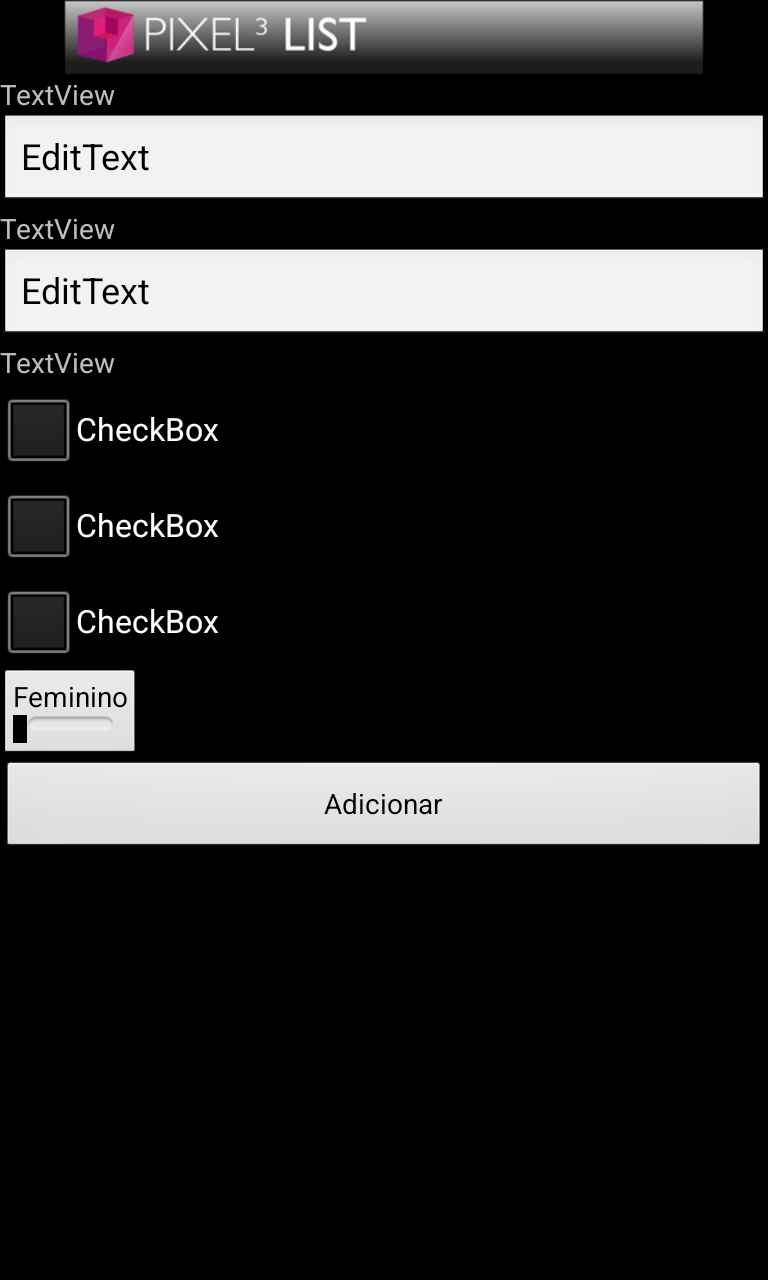
Repository: pixel3mobi/listaDigital
Layout: Pixel3List/res/layout/formaluno.xml
The author's editor kept a copy of each file at every save. The layout is drawn from the files as they stood at one save, then again after the next save.
It is drawn on a 768 x 1280 px phone screen (xhdpi) without system bars, with theme android:Theme; the app's code is not run.

Above is the layout before, as saved 2011-03-22 13:31:05.

### Pixel3List/res/layout/formaluno.xml
<?xml version="1.0" encoding="utf-8"?>
<RelativeLayout xmlns:android="http://schemas.android.com/apk/res/android"
	android:layout_width="fill_parent" android:layout_height="fill_parent">
	<ImageView
		android:src="@drawable/cabecalho"
		android:id="@+id/cabecalho"
		android:layout_width="fill_parent"
		android:layout_height="wrap_content"
		android:layout_alignParentLeft="true">
	</ImageView>
	<ScrollView
		android:layout_below="@+id/cabecalho"
		android:layout_width="fill_parent"
		android:layout_height="fill_parent"
		android:layout_alignLeft="@+id/imageView1">
		<LinearLayout
			android:orientation="vertical"
			android:id="@+id/linearLayout1"
			android:layout_width="fill_parent"
			android:layout_height="fill_parent">
			<TextView
				android:text="TextView"
				android:id="@+id/textView1"
				android:layout_width="fill_parent"
				android:layout_height="wrap_content">
			</TextView>
			<EditText
				android:layout_height="wrap_content"
				android:text="EditText"
				android:id="@+id/editText1"
				android:layout_width="fill_parent">
			</EditText>
			<TextView
				android:text="TextView"
				android:id="@+id/textView2"
				android:layout_width="fill_parent"
				android:layout_height="wrap_content">
			</TextView>
			<EditText
				android:layout_height="wrap_content"
				android:text="EditText"
				android:id="@+id/editText2"
				android:layout_width="fill_parent">
			</EditText>
			<TextView
				android:text="TextView"
				android:id="@+id/textView3"
				android:layout_width="fill_parent"
				android:layout_height="wrap_content">
			</TextView>
			<CheckBox
				android:text="CheckBox"
				android:id="@+id/checkBox1"
				android:layout_width="fill_parent"
				android:layout_height="wrap_content">
			</CheckBox>
			<CheckBox
				android:text="CheckBox"
				android:id="@+id/checkBox2"
				android:layout_width="fill_parent"
				android:layout_height="wrap_content">
			</CheckBox>
			<CheckBox
				android:text="CheckBox"
				android:id="@+id/checkBox3"
				android:layout_width="fill_parent"
				android:layout_height="wrap_content">
			</CheckBox>
			<ToggleButton
				android:textOn="Masculino"
				android:textOff="Feminino"
				android:id="@+id/toggleButton1"
				android:layout_width="wrap_content"
				android:layout_height="wrap_content">
			</ToggleButton>
			<Button
				android:text="Adicionar"
				android:id="@+id/btnAdicionar"
				android:layout_width="fill_parent"
				android:layout_height="wrap_content">
			</Button>
		</LinearLayout>
	</ScrollView>
</RelativeLayout>

After the next save:
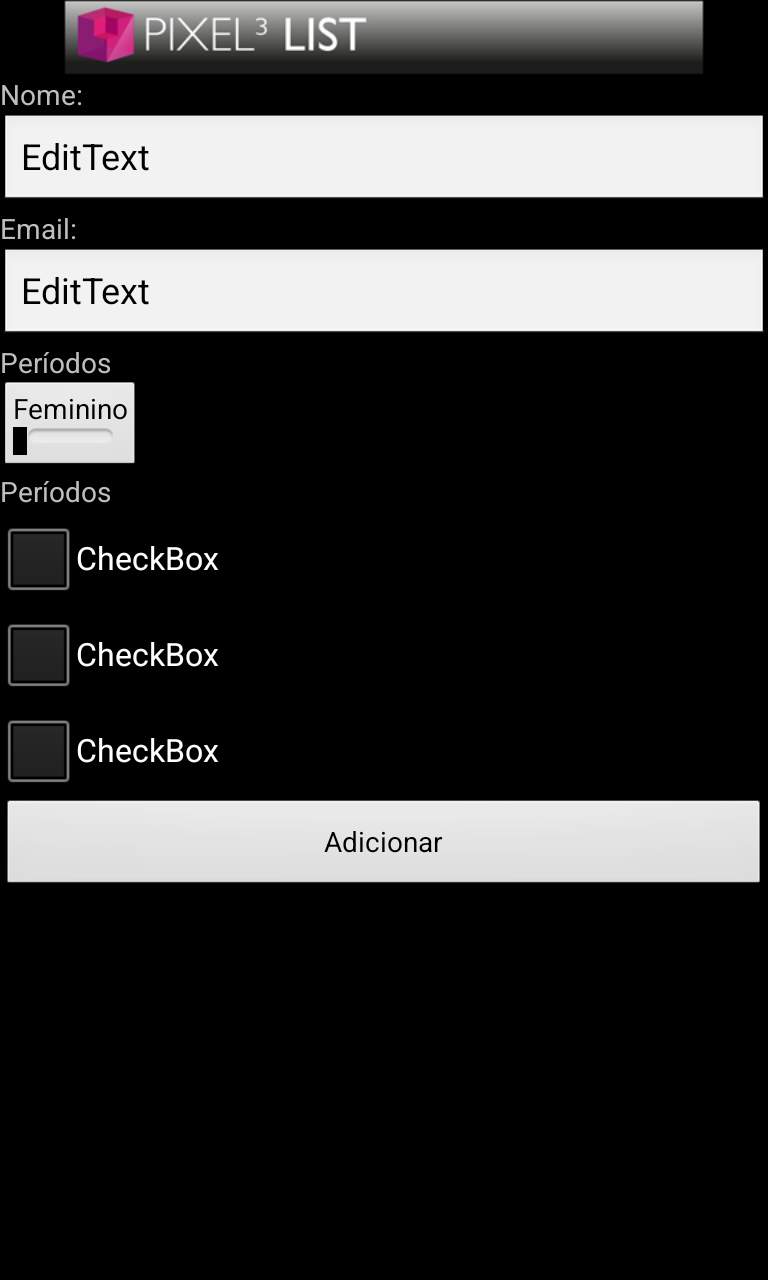
Saved 2 h 14 min later.
--- a/Pixel3List/res/layout/formaluno.xml
+++ b/Pixel3List/res/layout/formaluno.xml
@@ -19,7 +19,7 @@
 			android:layout_width="fill_parent"
 			android:layout_height="fill_parent">
 			<TextView
-				android:text="TextView"
+				android:text="Nome:"
 				android:id="@+id/textView1"
 				android:layout_width="fill_parent"
 				android:layout_height="wrap_content">
@@ -31,7 +31,7 @@
 				android:layout_width="fill_parent">
 			</EditText>
 			<TextView
-				android:text="TextView"
+				android:text="Email:"
 				android:id="@+id/textView2"
 				android:layout_width="fill_parent"
 				android:layout_height="wrap_content">
@@ -42,37 +42,48 @@
 				android:id="@+id/editText2"
 				android:layout_width="fill_parent">
 			</EditText>
-			<TextView
-				android:text="TextView"
+						<TextView
+				android:text="Períodos"
 				android:id="@+id/textView3"
 				android:layout_width="fill_parent"
 				android:layout_height="wrap_content">
 			</TextView>
-			<CheckBox
-				android:text="CheckBox"
-				android:id="@+id/checkBox1"
-				android:layout_width="fill_parent"
-				android:layout_height="wrap_content">
-			</CheckBox>
-			<CheckBox
-				android:text="CheckBox"
-				android:id="@+id/checkBox2"
-				android:layout_width="fill_parent"
-				android:layout_height="wrap_content">
-			</CheckBox>
-			<CheckBox
-				android:text="CheckBox"
-				android:id="@+id/checkBox3"
-				android:layout_width="fill_parent"
-				android:layout_height="wrap_content">
-			</CheckBox>
 			<ToggleButton
 				android:textOn="Masculino"
 				android:textOff="Feminino"
-				android:id="@+id/toggleButton1"
+				android:id="@+id/toggleSexo"
 				android:layout_width="wrap_content"
 				android:layout_height="wrap_content">
 			</ToggleButton>
+			<TextView
+				android:text="Períodos"
+				android:id="@+id/txtPeriodos"
+				android:layout_width="fill_parent"
+				android:layout_height="wrap_content">
+			</TextView>
+			<LinearLayout
+				android:orientation="vertical"
+				android:layout_width="fill_parent"
+				android:layout_height="wrap_content">
+				<CheckBox
+					android:text="CheckBox"
+					android:id="@+id/checkManha"
+					android:layout_width="fill_parent"
+					android:layout_height="wrap_content">
+				</CheckBox>
+				<CheckBox
+					android:text="CheckBox"
+					android:id="@+id/checkTarde"
+					android:layout_width="fill_parent"
+					android:layout_height="wrap_content">
+				</CheckBox>
+				<CheckBox
+					android:text="CheckBox"
+					android:id="@+id/checkNoite"
+					android:layout_width="fill_parent"
+					android:layout_height="wrap_content">
+				</CheckBox>
+			</LinearLayout>
 			<Button
 				android:text="Adicionar"
 				android:id="@+id/btnAdicionar"
